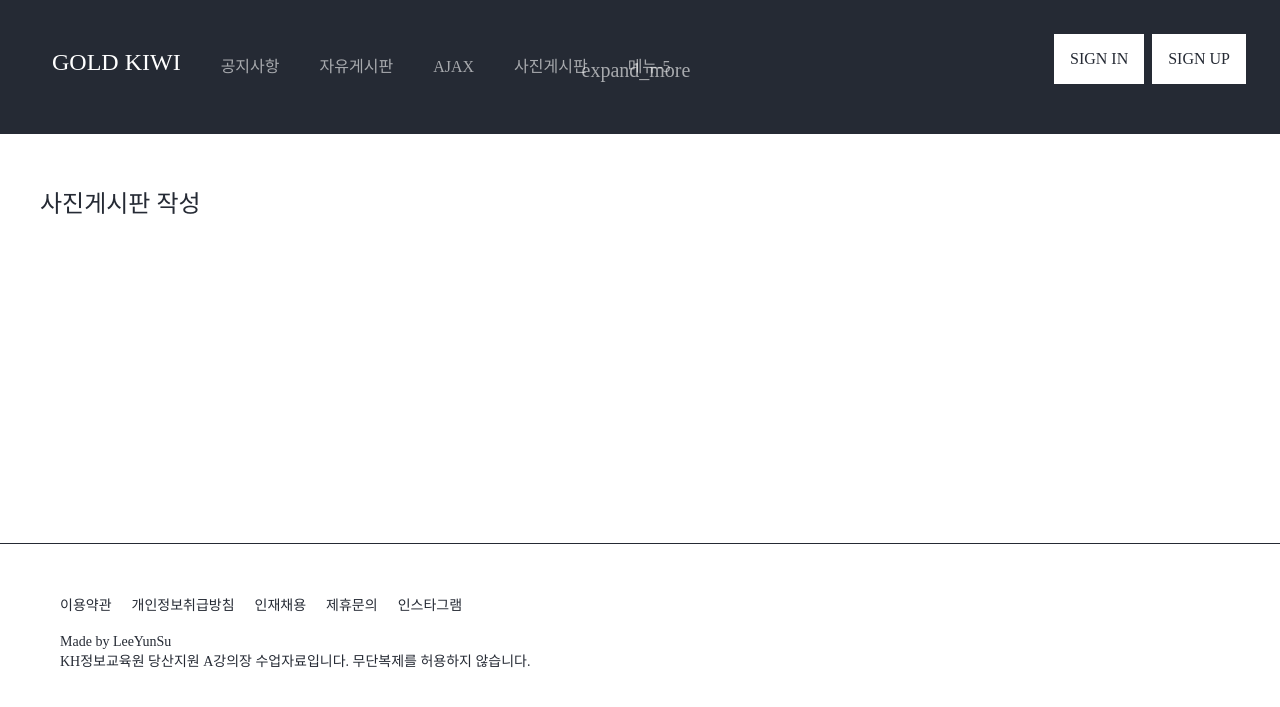
Repository: RiboKim/web-workspace
Page: http://localhost/07_mvc2WebProject/photoWriteFrm.do
An editor plug-in stored every save of this project. The page is shown before and after the next save, followed by the edit.
The browser window is 1280 px wide. The pictures show the whole page.
Some web fonts or font styles are not loaded; a fallback is used. The page is served by Tomcat 9.

Above is the page before, as saved 2023-02-21 06:43:21.

After the next save:
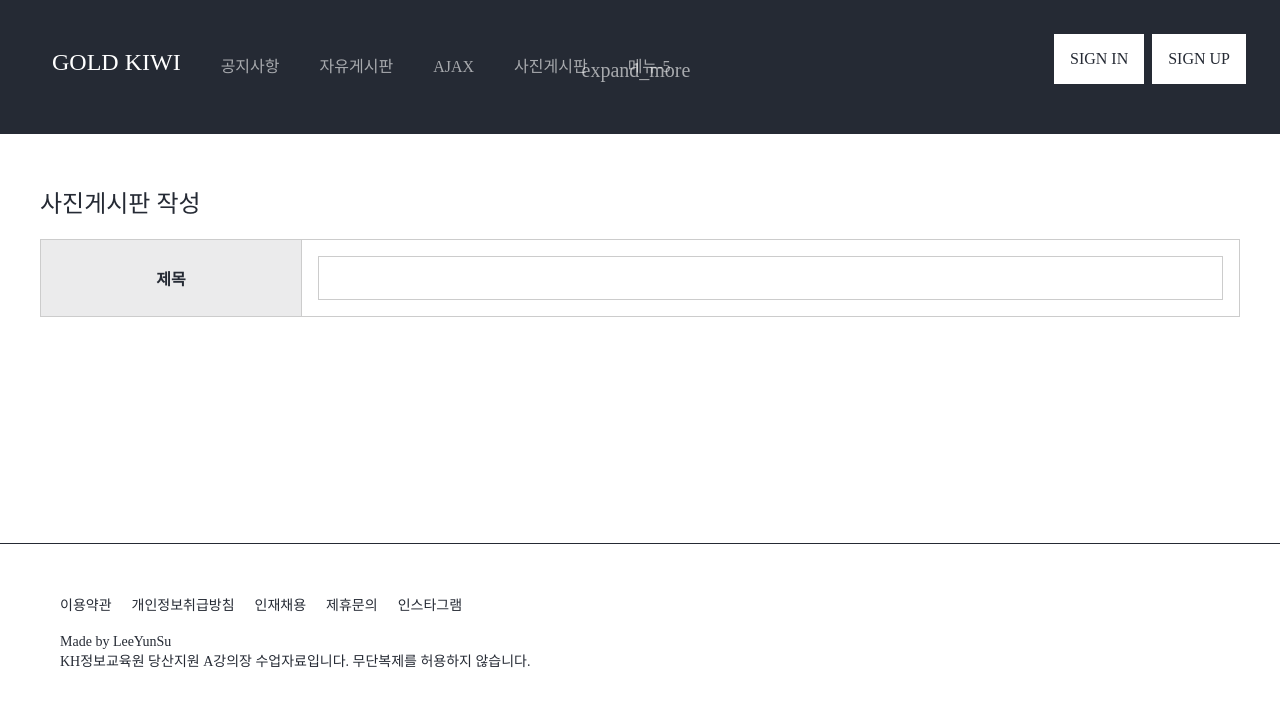
Saved 51 s later.
--- a/07_mvc2WebProject/src/main/webapp/WEB-INF/views/photo/photoWriteFrm.jsp
+++ b/07_mvc2WebProject/src/main/webapp/WEB-INF/views/photo/photoWriteFrm.jsp
@@ -18,7 +18,10 @@
 		<form action="/photoWrite.do" method="post" enctype="multipart/form-data">
 			<table class = "tbl photoWrite">
 				<tr class="tr-1">
-
+					<th class="td-2">제목</th>
+					<td colspan="3">
+						<input type="text" name="photoTitle" class="input-form">
+					</td>
 				</tr>
 			</table>
 		</form>
